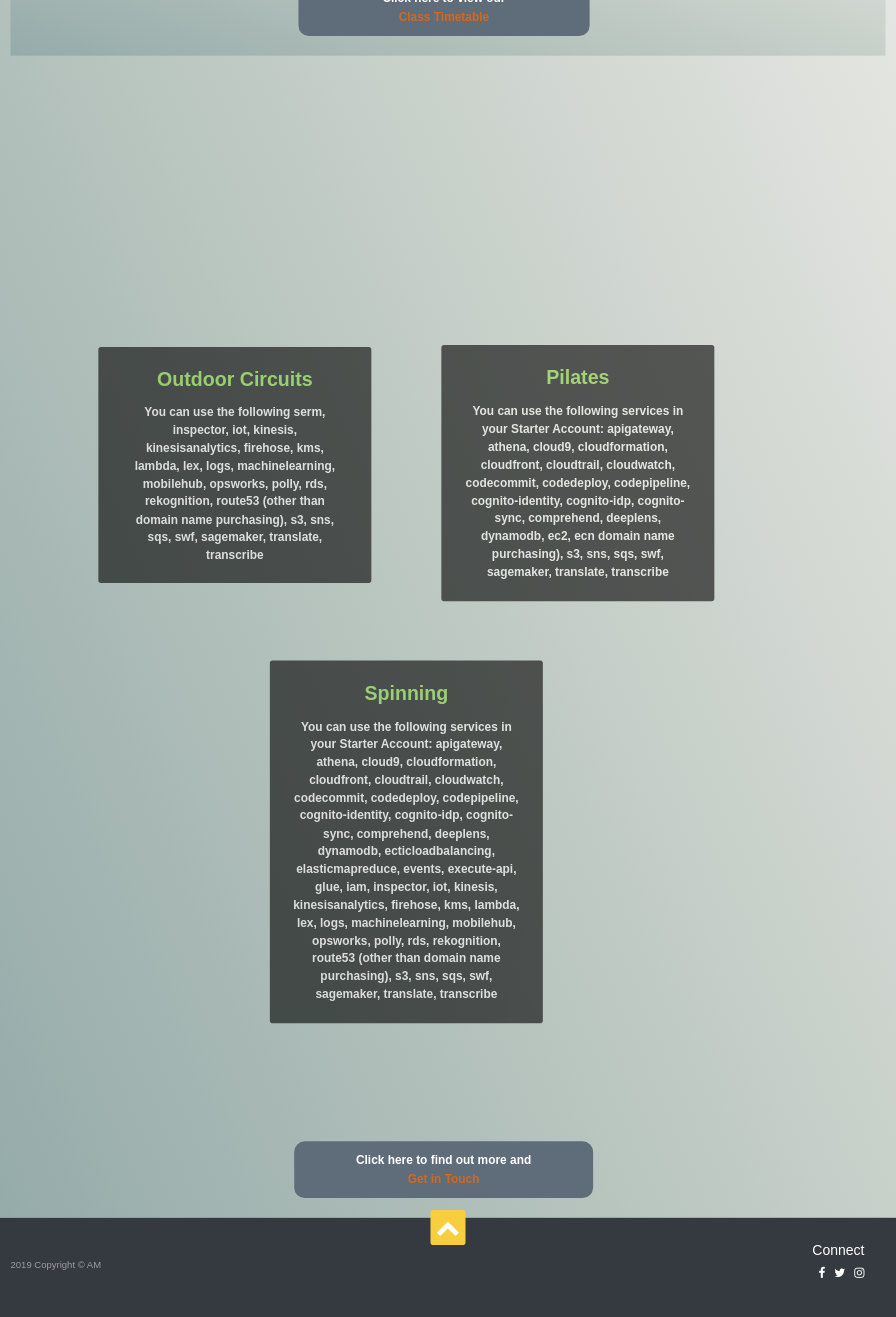
Repository: murphya14/Fitness-webpage
Page: group-training.html
The author's editor kept a record of every edit. The page is drawn from the files as they stood at one moment, then again after the next edit.
The browser window is 1280 px wide. The pictures show the part of the page from y = 1171 to 3091 px (the page is 3053 px tall before and 3091 px after), at 70% of full size.
Pictures or frames that could not be fetched are drawn as grey boxes. Some web libraries are served in a nearby version.

Above is the page before.

### group-training.html
<!DOCTYPE html>
<html lang="en">

<head>
  <meta charset="UTF-8">
  <meta name="viewport" content="width=device-width, initial-scale=1.0">
  <meta http-equiv="X-UA-Compatible" content="ie=edge">
    <link rel="stylesheet" href="https://stackpath.bootstrapcdn.com/bootstrap/4.3.1/css/bootstrap.min.css" <link rel="stylesheet" href="https://stackpath.bootstrapcdn.com/font-awesome/4.7.0/css/font-awesome.min.css" type="text/css" />
 <script src="https://code.jquery.com/jquery-3.2.1.slim.min.js" integrity="sha384-KJ3o2DKtIkvYIK3UENzmM7KCkRr/rE9/Qpg6aAZGJwFDMVNA/GpGFF93hXpG5KkN" crossorigin="anonymous"></script>
  <link rel="stylesheet" href="assets/css/style.css" />
  <link rel="shortcut icon" type="image/x-icon" href="assets/favicon.ico">
  <link rel="stylesheet" href="https://cdnjs.cloudflare.com/ajax/libs/font-awesome/4.7.0/css/font-awesome.min.css">
  <link rel="stylesheet" type="text/css" href="//fonts.googleapis.com/css?family=Dancing+Script" />
  <title>Home</title>
</head>

<body>



  <header>
    <!-- Logo and Nav bar-->
    <!-- Used help from Stack overflow: https://stackoverflow.com/questions/23949804/how-to-change-link-color-bootstrap-->


    <nav class=" container-fliud navbar navbar-expand-lg navbar-custom  fixed-top navbar-light topnav">
      <div><a class="logo " href="index.html">
          <img src="assets/images/logo.png" alt="logo">
        </a></div>


      <div>
        <div>
          <ul class="nav justify-content-center container-fluid">

            <li class="nav-item">
              <a class="nav-link" href="index.html">Home</a>
            </li>
            <li class="nav-item ">
              <a class="nav-link" href="about.html">About</a>
            </li>
            <li class="nav-item  ">
              <a class="nav-link" href="personal-training.html">Personal Training</a>
              <li class="nav-item ">
                <a class="nav-link" id="active" href="group-training.html">Group Training</a>
              </li>
             <li class="nav-item ">
                <a class="nav-link" href="get-in-touch.html">Get in Touch</a>
              </li>
          </ul>

        </div>
        <!-- Select menu for Nav bar for smaller devices-->

        <select id="select">
    <option value="index.html" >Home</div>
    <option value="about.html" >About</option>
    <option value="personal-training.html">Personal Training</option>
    <option value="group-training" selected="selected">Group Training</option>
    <option value="get-in-touch">Get in Touch</option>
  </select>

        <!-- Social links-->

        <div class="row no-gutters">
          <div class="col">

            <div class="nav-link">

              <ul class="list-inline social-links">
                <li class="list-inline-item">
                  <a target="_blank" href="#">
                            <i class="fa fa-facebook" aria-hidden="true"></i>
                            <span class="sr-only">Facebook</span>
                        </a>
                </li>
                <li class="list-inline-item">
                  <a target="_blank" href="#">
                            <i class="fa fa-twitter" aria-hidden="true"></i>
                            <span class="sr-only">Twitter</span>
                        </a>
                </li>


                <li class="list-inline-item">
                  <a target="_blank" href="#">
                            <i class="fa fa-instagram" aria-hidden="true"></i>
                            <span class="sr-only">Instagram</span>
                        </a>
                </li>

              </ul>
            </div>
          </div>
        </div>

    </nav>


  </header>

  <!-- Container for main image -->


    <section class="section ">

  <div class="container-fluid ">

<div class="container-fluid">
      <div class="row main-image ">

        <div class=" col-md-12 image-about">
          <img src="assets/images/group.jpg"  alt="Group Fitness">

          <h2 class="image-text">LN Fitness</h2>
        </div>
      </div>
  </div>

  <!-- Content for section -->

  <div class="container-fluid section">
    <div class="row">
      <div class="col-md-12">
        <h3 class="section-heading">Group training at LN Fitness</h3>
        <p class="col-md-8 section-p-about">Clicking this button will take you to a third party site managed by Vocareum, Inc. (“Third Party Servicer”). In addition to the AWS Educate terms of service, your use of the AWS Educate Starter Account is governed by the Third Party Servicer’s
          terms, including its Privacy Policy. AWS assumes no responsibility or liability and makes no representations or warranties regarding services provided by a Third Party Servicer.</a>
          Please see our timetable.</p>
          </div>
         </div>



     <div class="row">
   <div class="col-md-4 free-link  ">
  <a class="section-link" id="click-here-active" href="assets/timetable.pdf" target="_blank">Click here to view our <p class="highlight">Class Timetable</p></a></div>
     </div>
     </div>

<div class="row justify-content-center"
  <div class=" center col-md-10 content">
      <iframe src="https://player.vimeo.com/video/229291915" width="640" height="360" frameborder="0" allow="autoplay; fullscreen" allowfullscreen></iframe>
     </div>


    <div class="row ">
<div class="col-md-4 free-link mobile-only "><a class="section-link" target="_blank" id="click-here-active" href="https://player.vimeo.com/video/229291915">Click here to view our <p class="highlight">Group Class in action</p></a></div>
 </div>



    <div class="row justify-content-center box">


      <div class="transbox col-md-4 col-sm-12">
        <h3 class="box-heading"> Outdoor Circuits</h3>
        <div class="container">
          <p>You can use the following serm, inspector, iot, kinesis, kinesisanalytics, firehose, kms, lambda, lex, logs, machinelearning, mobilehub, opsworks,
            polly, rds, rekognition, route53 (other than domain name purchasing), s3, sns, sqs, swf, sagemaker, translate, transcribe</p>
        </div>
      </div>





      <div class="transbox col-md-4 col-sm-12">
        <h3 class="box-heading"> Pilates</h3>
        <p>You can use the following services in your Starter Account: apigateway, athena, cloud9, cloudformation, cloudfront, cloudtrail, cloudwatch, codecommit, codedeploy, codepipeline, cognito-identity, cognito-idp, cognito-sync, comprehend, deeplens,
          dynamodb, ec2, ecn domain name purchasing), s3, sns, sqs, swf, sagemaker, translate, transcribe</p>
      </div>

      <div class="transbox   col-md-4 col-sm-12">
        <h3 class="box-heading"> Spinning</h3>
        <p>You can use the following services in your Starter Account: apigateway, athena, cloud9, cloudformation, cloudfront, cloudtrail, cloudwatch, codecommit, codedeploy, codepipeline, cognito-identity, cognito-idp, cognito-sync, comprehend, deeplens,
          dynamodb, ecticloadbalancing, elasticmapreduce, events, execute-api, glue, iam, inspector, iot, kinesis, kinesisanalytics, firehose, kms, lambda, lex, logs, machinelearning, mobilehub, opsworks, polly,
          rds, rekognition, route53 (other than domain name purchasing), s3, sns, sqs, swf, sagemaker, translate, transcribe</p>
      </div>


    </div>

   <div class="row">
    <div class="col-md-4 free-link"><a class="section-link" id="click-here-active" href="get-in-touch.html">Click here to find out more and <p class="highlight">Get in Touch</p></a></div>

</div>
  </div>




  </div>
  </div>

  </section>
  </div>




  <!-- footer-->

  <footer id="footer" class="container-fluid py-4 bg-dark text-white-50">
    <div class="row">

      <div class="col-sm-4 text-footer">
        <small>2019 Copyright &copy; AM</small></div>

      <div class="col-sm-4 "><a href="#top" id="button"></a></div>


      <div class="col-sm-4">

        <!-- footer social media links-->
        <div class="footer-link">
          <h5 class="uppercase general-sub">Connect</h5>
          <ul class="list-inline social-links">
            <li class="list-inline-item">
              <a target="_blank" href="#">
                            <i class="fa fa-facebook" aria-hidden="true"></i>
                            <span class="sr-only">Facebook</span>
                        </a>
            </li>
            <li class="list-inline-item">
              <a target="_blank" href="#">
                            <i class="fa fa-twitter" aria-hidden="true"></i>
                            <span class="sr-only">Twitter</span>
                        </a>
            </li>


            <li class="list-inline-item">
              <a target="_blank" href="#">
                            <i class="fa fa-instagram" aria-hidden="true"></i>
                            <span class="sr-only">Instagram</span>
                        </a>
            </li>

          </ul>
        </div>

      </div>

  </footer>


  <!--------------Back to top button created with help from https://www.templatemonster.com/blog/back-to-top-button-css-jquery/--->
  <script src="https://code.jquery.com/jquery-3.4.1.slim.min.js"></script>
  <script src="https://cdnjs.cloudflare.com/ajax/libs/popper.js/1.15.0/umd/popper.min.js"></script>
  <script src="https://stackpath.bootstrapcdn.com/bootstrap/4.3.1/js/bootstrap.min.js"></script>


  <script>
    jQuery(document).ready(function() {

      var btn = $('#button');

      $(window).scroll(function() {
        if ($(window).scrollTop() > 300) {
          btn.addClass('show');
        }
        else {
          btn.removeClass('show');
        }
      });

      btn.on('click', function(e) {
        e.preventDefault();
        $('html, body').animate({ scrollTop: 0 }, '300');
      });

    });
  </script>




</body>

</html>

### assets/css/style.css
/*----------------------------------------------- Colours*/

.nav-link {
    color: #00ccff;
}

#active {
    color: #5F6C7A;
}

.navbar {
    background:#f7ce3e;

}


li a:hover {
    color: #f7ce3e;
}

/*--------------------------------------------- General*/

body {font-size: 17px;
    font-family: "arial", sans-serif;
    margin: 0; padding: 0; overflow-x:hidden;
}

.center {
  display: block;
  margin-left: auto;
  margin-right: auto;
  width: 50%;
}


.inline-block {
    display: inline-block;
}







.highlight {color:#D2691E;
    padding:0;
    margin:0;
}



col-lg-12 {
           text-align:center;
}

 col-lg-4{
 display:inline-block;
 float: none;
}





/*--------------------------------------------- Nav bar*/

nav ul {

    display: block;
    font-size: 23px;
    font-weight: 700;




}

    .nav-item {
        margin-left: 40px;
        position:relative;
    }

.logo {
    position: static;
    background: url("../images/rosie.jpg");
    background-position: center;
    background-repeat: no-repeat;
    margin-right:0px;
    padding-top: 10px;
    padding-left: 10px;
    min-height: 100px;
    transition: all .5s ease-in-out;
    -moz-transition: all .5s ease-in-out;
    -webkit-transition: all .5s ease-in-out;
    height: 10%;
    width: 25%;
}

.header {
    position: fixed;
    top: 0;
    left: 0;
    right: 0;
    background-color: #e84610;
    padding: 15px 15px;

}

nav select {
    display: none;
    background-color: #77C9D4;
    color: white;
    border: 1px solid #778899;
   position: relative;
   cursor: pointer;
   top: 100%;
  left: 0;
  right: 0;
  z-index: 99;

}

#select {color: #f7ce3e;
    background-color: #5F6C7A;
}


.nav-link
{color: #0A1612;
text-align: center;
padding: 8px;
    margin-right: 0;
    display: block;

    font-size:33;
    font-weight: 500;
    padding-left: 5px;
      transition: all 0.35s ease-in-out;
    -moz-transition: all 0.35s ease-in-out;
    -webkit-transition: all 0.35s ease-in-out;
    -o-transition: all 0.35s ease-in-out;
    max-width:100%;

}
/*-------------------------Social links*/
nav a {color:#5F6C7A;}

nav a:hover {
    color: white;
}

/*-------------------------------------------Section*/

/*-------------------------Section Image*/

.main-image {max-width:100%;
    height:100%;
    padding-left:0;
    padding-right:0;
    position: relative;
    transform: translate(-5%, +10%);
    margin: 0;


}



.image-text {
   position: absolute;
   top: 250px;
   left: 70%;
   width: 100%;
   color:#21EB7B;
   font-family: "Dancing Script";
   font-size: 48px;
   font-variant: normal;
   font-weight: 700;
   line-height: 26.4px;
   text-shadow: 2px 2px 2px #000;
    transform: translate(-50%, -50%);
 }


/*------------------Index.html*/

/*------------------https://mycolor.space/gradient?ori=to+right+top&hex=%2395ABAA&hex2=%23F6F6F5&sub=1*/
 .section {background-image: linear-gradient(to right top, #95abaa, #aebdb8, #c8d0ca, #e0e2de, #f6f6f5);
  text-align: center;
  max-width:100%;
  overflow:hidden;

 }

.section-heading {color: #D2691E;
            text-align: center;
            margin-top:100px;
}

.section-p {padding:12px;
margin:10px;
    padding-bottom: 50px;
;
color: #708090;
text-align: center;
 max-width:100%;

}

.section-p-about {padding:15px;
    text-align: center;
     width:100%;
}



.free-link {text-align: center;
    font-weight: 700;
    background-color: #5F6C7A;
    font:white;
    padding:15px;
    margin:15px;
    border-radius:15px;
      display:block;
  bottom: 5px;

  transition: background-color .3s;
  z-index: 1000;
  position: relative;
   left: 55%;
   transform: translate(-50%,-50%);


}

.section-link {color:white;
 width:120px;


}


.section a:hover {color:#f7ce3e;
text-decoration:none;

}

/*------------------About.html*/


/* With help from https://www.w3schools.com/css/tryit.asp?filename=trycss_transparency*/

div.transbox {
  margin: 50px;
  border-radius: 4px;
  background-color: black;
  border: none;
  opacity: 0.6;
  filter: alpha(opacity=60);
  padding: 10px;
  width:100%;
  height:100%;
 position:relative;
 transform: translateY(-10%);

}




.content{margin: auto;
display: flex;
justify-content: center;
align-items: center;
resize: both;
padding-top: 0px !important;

}


div.transbox p {
  margin: 5%;
  font-weight: bold;
  color: #F5F4F4;
}

.box-heading {font-weight:700;
color:#87D63E;}


/*------------------personal-training.html*/

.col-md-10 {transform: translate(+5%,0);}

.transbox-testimony {height:100%;
padding-top: 5%;}



/*------------------group-trainig.html*/




/*------------------get-in-touch.html*/


  .row {
  display: flex;
}

.column {
  flex: 50%;
}

.main-image-contact {transform: translate(-5%,0%);
width:100%;
margin:0;

}

.contact-box {
 padding-top:30px;
  height:100%;
 position:relative;
 transform: translateX(-10%);
 ;
column-span: all;
margin-bottom: 0;
margin-top:0;
float:right;


}

.box-heading {padding-top:20px;}

.btn {

  color: black;
  font-weight:700;
  padding: 15px 20px;
  border: none;
  cursor: pointer;
  background-color:#f7ce3e;
 width:50%;
}

.btn:hover {
  opacity: 1;
  background-color:#B0E0E6 ;
}

.center-form {opacity:1;
   }





/*--------------------------------------------- footer*/

#button {
  text-align: center;
  display: inline-block;
  background-color: #f7ce3e;
  width: 50px;

  border-radius: 4px;
  bottom: 10px;
  right: 30px;
  transition: background-color .3s;
  z-index: 1000;
  position: relative;
   left: 50%;

     transform: translate(-50%,-50%);


}


#button:hover {
  cursor: pointer;
  background-color: #333;
}
#button:active {
  background-color: #555;
}

#button::after {
  content: "\f077";
  font-family: FontAwesome;
  font-weight: normal;
  font-style: normal;
  font-size: 2em;
  line-height: 50px;
  color: #fff;
}

.footer-link
{color: white;
text-align: right;

    float: none;
    padding-bottom: 10px;
    padding-right: 30px;
    padding-top:10px;
    font-size:33;
    font-weight: 500;
    padding-left: 5px;
      transition: all 0.35s ease-in-out;
    -moz-transition: all 0.35s ease-in-out;
    -webkit-transition: all 0.35s ease-in-out;
    -o-transition: all 0.35s ease-in-out;

}

footer a {color:white;}

 footer  a:hover {
    color: #f7ce3e;
}

.text-footer {float: left;
padding-bottom: 5px;
text-align: left;

}

#footer { min-height: 120px;

    margin: 0;
    padding: 15px;
    max-width:100%;}



/*------------- Responsive design*/

/* Extra small devices (phones, 600px and down) */


@media only screen and (max-width: 600px) {

/*------------------------------------- Changing the menu to a select bar for smaller screens*/

    nav select {
        display: inline-block;
        width: 55%;
        height: 25%;
          border-radius: 4px;
        position: left;
    }
    .nav-item {
        display: none;
    }
    .logo {
        position: right;
        height: 80%;
    }
     .column {
    width: 100%;
  }

  .navbar {position: relative;}

}



.text-footer {margin-top: 30px;}

.free-link {margin-right: 50%;
    margin-top: 40px;
}

.timetable-link {
    margin-right:50%;
    margin-top: 40px;


}


/* Small devices (portrait tablets and large phones, 600px and up) */

@media only screen and (max-width: 600px) {


    .logo {
        position: right;
        height: 80%;
    }
     .column {
    width: 100%;
    height:100%;
  }

  .navbar {position: relative;}

   .main-image img {display:none;}

  .image-text {
  margin: 0;
  position: absolute;
  top: 50%;
  left: 50%;
  transform: translate(-50%, 60%);}

footer #button {position:relative;
   top:-150%;
}



iframe {display:none;

}

section img {display:none;}


.box { transform: translate(-15%, 0);
    padding:10px;
}

.free-link { transform: translate(0%, 0);}

.timetable-link { transform: translate(0%, 0);}


  .mobile-only {width:100%
  ;}




}


/* Medium devices (landscape tablets, 768px and up) */

@media only screen and (min-width: 768px){
.section-p-about {  transform: translate(25%, 0);}


.timetable-link {margin:300px;
    margin-top:50px;
    width: 50%;
}
iframe {margin-left: 50px;}
}

.box { margin:30px;
    padding:10px;
}


 iframe, .box {transform: translate(-5%, 0);}


 .free-link {transform: translate(-70%, -10%);}


 .mobile-only {display:none;}




@media only screen and (max-width: 768px){

 .contact-box {
 padding-top:200px;}


.transbox {transform: translate(25%, 0);}

.timetable-link {transform: translate(-200%, -10%);}

.main-image-contact {display:none;}

}
/* Large devices (laptops/desktops, 992px and up) */

@media only screen and (max-width: 992px) {

.mobile-only {display:none;}



}
/* Medium/large devices  (Ipad Pro, 1024px and up) */

@media only screen and (max-width: 1024px) {

.main-image-contact {display:none;}


}

/* Extra large devices (large laptops and desktops, 1200px and up) */

@media only screen and (min-width: 1200px) {

 .mobile-only {display:none;}

 .timetable-link {transform: translate(-130%, -10%);}
}

.transbox {transform: translate(10%, 0);}

After the next edit:
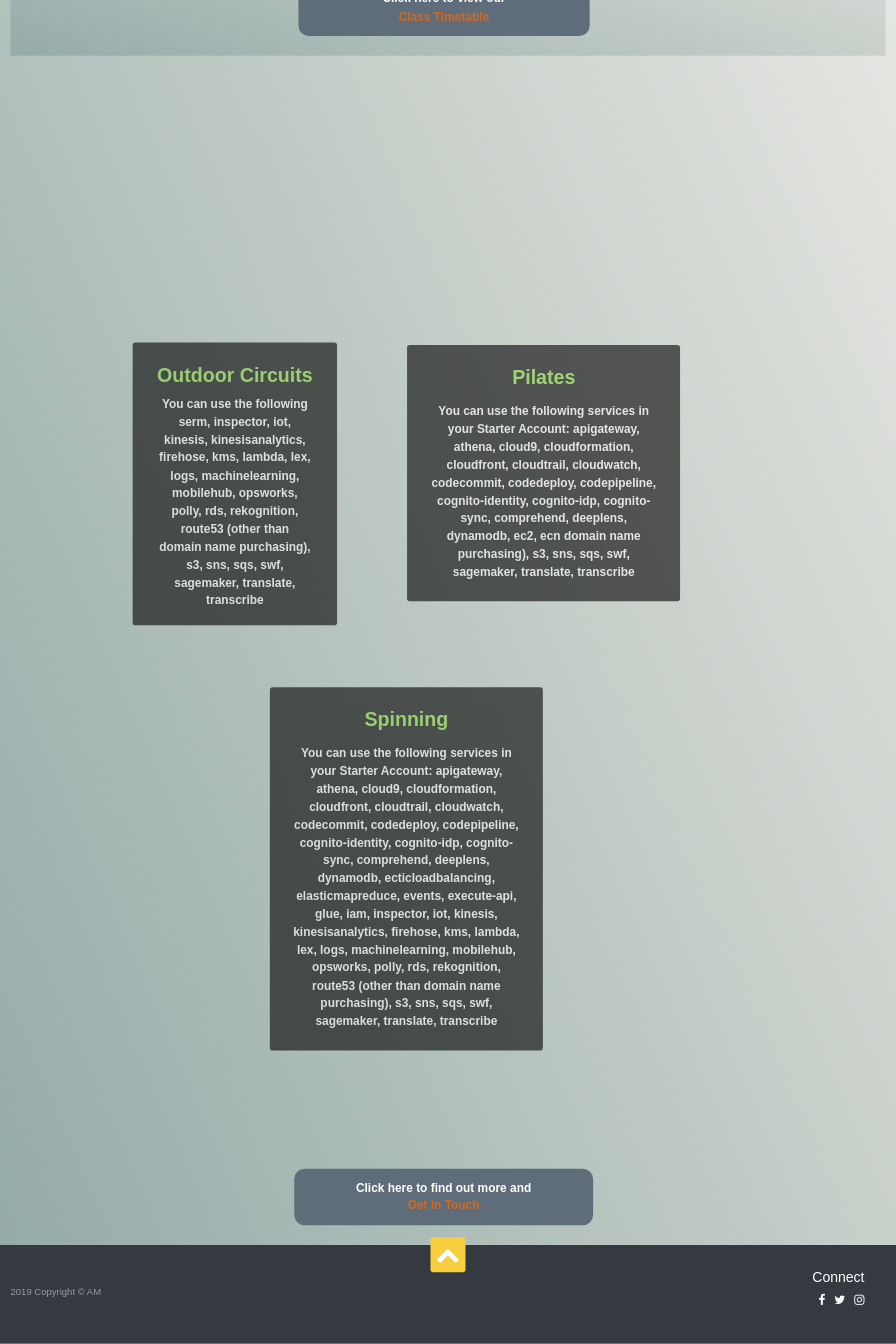
The edit:
--- a/group-training.html
+++ b/group-training.html
@@ -152,7 +152,7 @@
     <div class="row justify-content-center box">
 
 
-      <div class="transbox col-md-4 col-sm-12">
+      <div class="transbox col-md-3 col-sm-12">
         <h3 class="box-heading"> Outdoor Circuits</h3>
         <div class="container">
           <p>You can use the following serm, inspector, iot, kinesis, kinesisanalytics, firehose, kms, lambda, lex, logs, machinelearning, mobilehub, opsworks,
